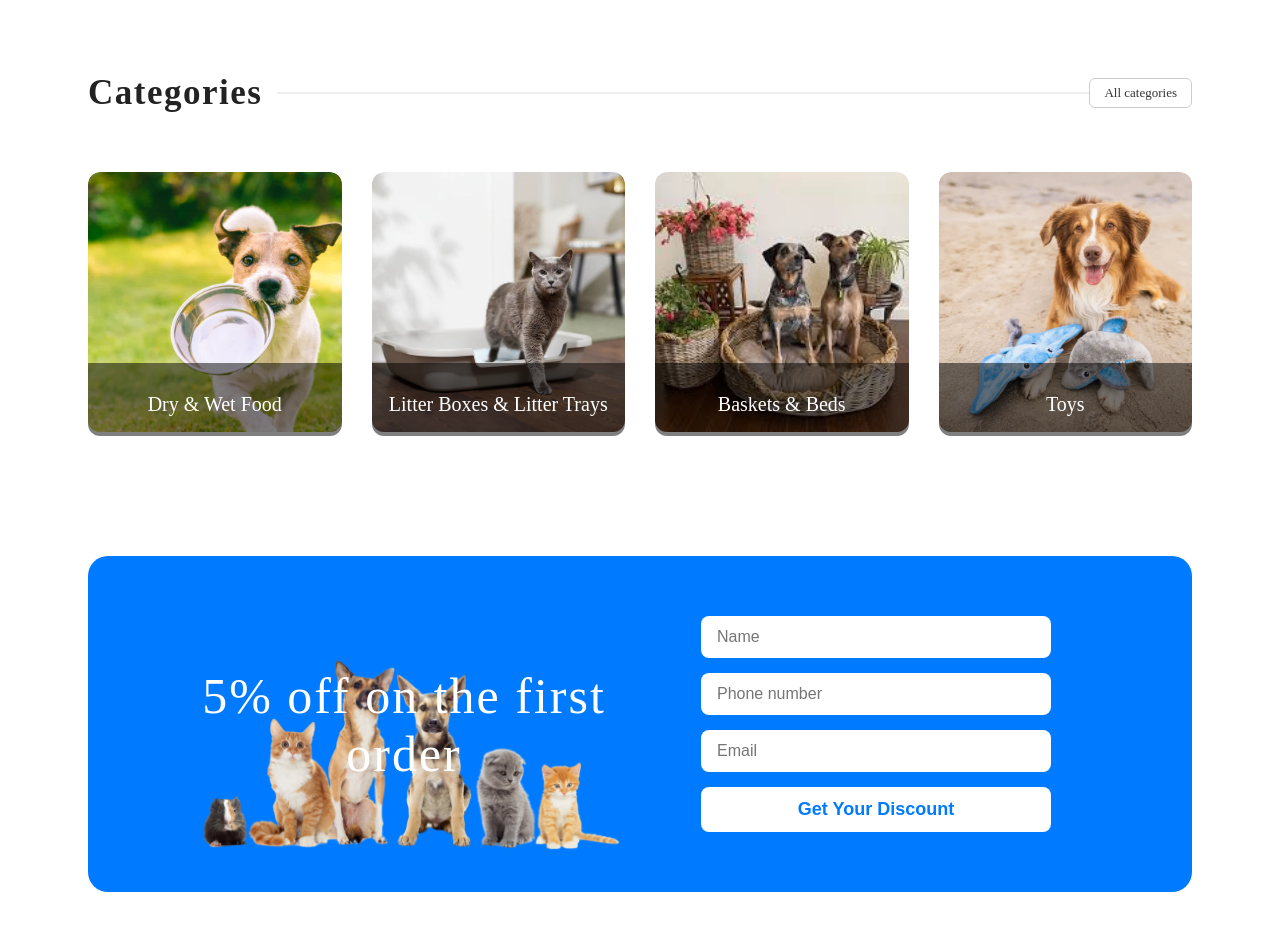
Repository: JuliiaJuliia/pet-shop-frontend
Page: / (app in pet-shop-frontend/)
These files come from the project's save history. The page is drawn as it stood at one moment and after a run of saves; the edit follows.
The browser window is 1280 px wide. The pictures show the part of the page from y = 611 to 1563 px (the page is 1563 px tall).
The project was rebuilt for these pictures with package versions that can differ from the ones it lists, and the page was loaded fresh each time. Also part of the build but not shown: pet-shop-frontend/vite.config.js, pet-shop-frontend/src/pages/CheckoutPage.jsx, pet-shop-frontend/src/api/axios.js, pet-shop-frontend/src/components/ProductList.jsx.

Above is the page before, as saved 2025-11-06 14:46:00.

### pet-shop-frontend/index.html
<!doctype html>
<html lang="en">
  <head>
    <meta charset="UTF-8" />
    <link rel="icon" type="image/svg+xml" href="/vite.svg" />
    <meta name="viewport" content="width=device-width, initial-scale=1.0" />
    <title>pet-shop-frontend</title>
  </head>
  <body>
    <div id="root"></div>
    <script type="module" src="/src/main.jsx"></script>
  </body>
</html>

### pet-shop-frontend/src/main.jsx
import HomePage from "./pages/HomePage";
import CheckoutPage from "./pages/CheckoutPage";
import React from "react";
import ReactDOM from "react-dom/client";
import { BrowserRouter, Routes, Route } from "react-router-dom";
import Header from "./components/Header/Header.jsx";
import ProductList from "./components/ProductList";

function Categories() {
  return <h2 style={{ textAlign: "center" }}>Categories Page</h2>;
}

function Sales() {
  return <h2 style={{ textAlign: "center" }}>Sales Page</h2>;
}

function Cart() {
  return <h2 style={{ textAlign: "center" }}>Your Cart is empty</h2>;
}

ReactDOM.createRoot(document.getElementById("root")).render(
  <BrowserRouter>
    <Header />
    <Routes>
      <Route path="/" element={<HomePage />} />
      <Route path="/categories" element={<Categories />} />
      <Route path="/products" element={<ProductList />} />
      <Route path="/sales" element={<Sales />} />
      <Route path="/cart" element={<Cart />} />
    </Routes>
  </BrowserRouter>
);

### pet-shop-frontend/src/pages/HomePage.jsx
import React from "react";
import MainBanner from "../components/MainBanner";
import Categories from "../components/Categories";
import DiscountBanner from "../components/DiscountBanner"; // 👈 ось цей рядок

const HomePage = () => {
  return (
    <div>
      <MainBanner />
      <Categories />
      <DiscountBanner />   {/* 👈 він має бути тут */}
    </div>
  );
};

export default HomePage;

### pet-shop-frontend/src/components/Header/Header.jsx
import React from "react";
import { Link } from "react-router-dom";
import "./Header.css";

const Header = () => {
  return (
    <header className="header">
      <div className="header__logo">
        <Link to="/">PetShop 🐾</Link>
      </div>
      <nav className="header__nav">
        <Link to="/">Main Page</Link>
        <Link to="/categories">Categories</Link>
        <Link to="/products">All products</Link>
        <Link to="/sales">All sales</Link>
      </nav>
      <div className="header__cart">
        <Link to="/cart">
        <img src="/icon.svg" alt="Cart" className="header__cart-icon" />
        </Link>
</div>
    </header>
  );
};

export default Header;

### pet-shop-frontend/src/components/MainBanner.jsx
import React from "react";
import { Link } from "react-router-dom";
import "./MainBanner.css";

const MainBanner = () => {
  return (
    <section className="main-banner">
      <div className="main-banner__overlay">
        <div className="main-banner__content">
        <h1>Amazing Discounts <br /> on Pets Products!</h1>
        <Link to="/checkout" className="banner-btn">Check out</Link>
        </div>
      </div>
    </section>
  );
};

export default MainBanner;

### pet-shop-frontend/src/components/Categories.jsx
import React from "react";
import { Link } from "react-router-dom";
import "./Categories.css";

const categories = [
  { id: 1, name: "Dry & Wet Food", image: "/Dog.jpg" },
  { id: 2, name: "Litter Boxes & Litter Trays", image: "/Cat.jpg" },
  { id: 3, name: "Baskets & Beds", image: "/Dogs.jpg" },
  { id: 4, name: "Toys", image: "/Dog and Fish.jpg" },
];

const Categories = () => {
  return (
    <section className="categories">
      <div className="categories__header">
        <h2>Categories</h2>
        <div className="categories__line"></div>

        <Link to="/products" className="all-categories-btn">
          All categories
        </Link>
      </div>

      <div className="categories__grid">
        {categories.map((category) => (
          <div key={category.id} className="category-card">
            <img src={category.image} alt={category.name} />
            <div className="category-card__overlay">
              <p>{category.name}</p>
            </div>
          </div>
        ))}
      </div>
    </section>
  );
};

export default Categories;

### pet-shop-frontend/src/components/DiscountBanner.jsx
import React from "react";
import "./DiscountBanner.css";

const DiscountBanner = () => {
  return (
    <section className="discount-banner">
      <div className="discount-banner__content">
        <div className="discount-banner__left">
          <h2>5% off on the first order</h2>
          <img src="/Pets.jpg" alt="pets" className="discount-banner__image" />
        </div>

        <div className="discount-banner__form">
          <form>
            <input type="text" placeholder="Name" required />
            <input type="phone" placeholder="Phone number" required />
            <input type="email" placeholder="Email" required />
            <button type="submit">Get Your Discount</button>
          </form>
        </div>
      </div>
    </section>
  );
};

export default DiscountBanner;

### pet-shop-frontend/src/components/Header/Header.css
.header {
    display: flex;
    align-items: center;
    justify-content: space-between;
    padding: 20px 60px;
    background-color: #fff;
    box-shadow: 0 2px 5px rgba(0, 0, 0, 0.05);
    position: sticky;
    top: 0;
    z-index: 10;
  }

  .header__logo a {
    font-size: 40px;
    font-weight: 400;
    color: #3d3c3c;
    text-decoration: none;
    display: flex;
    align-items: center;
    gap: 10px;
  }

  .header__nav {
    display: flex;
    gap: 30px;
  }

  .header__nav a {
    font-size: 20px;
    text-decoration: none;
    color: #38383a;
    font-weight: 550;
    transition: 0.3s;
    cursor: url("data:[embedded picture, 129 characters]"), auto;
  }

  .header__nav a:hover {
    color: #24973bf3;
  }

  .cart-icon {
    font-size: 20px;
    text-decoration: none;
  }

  .header__cart-icon {
    width: 30px;
    height: 30px;
    object-fit: contain;
    transition: transform 0.3s ease;
    cursor: url("data:[embedded picture, 129 characters]"), auto;
  }

  .header__cart-icon:hover {
    transform: rotate(10deg) scale(1.15);
  }

### pet-shop-frontend/src/components/MainBanner.css
.main-banner {
  position: relative;
  width: 100%;
  height: 500px;
  background: url("/banner-dog.jpg") center/cover no-repeat;
  display: flex;
  align-items: center;
  justify-content: center;
  border-radius: 10px;
  overflow: hidden;
  margin-bottom: 60px;
}

/* Полупрозрачный шар поверх картинки */
.main-banner__overlay {
  background: rgba(0, 0, 0, 0.35);
  width: 100%;
  height: 100%;
  display: flex;
  align-items: center;
  justify-content: center;
}

/* Текст и кнопка */
.main-banner__content {
  text-align: left;
  color: #fff;
  max-width: 800px;
  padding: 0 40px;
  line-height: 1.1;
  white-space: normal;
  word-break: break-word;
}

.main-banner__content h1 {
  font-size: 54px;
  font-weight: 700;
  line-height: 1.2;
  margin-bottom: 40px;
}


.main-banner__button {
  background-color: #53b955df;
  color: rgb(255, 255, 255);
  border: none;
  border-radius: 6px;
  font-size: 18px;
  padding: 14px 30px;
  cursor: pointer;
  transition: all 0.3s ease;
  cursor: url("data:[embedded picture, 129 characters]"), auto;
}

.main-banner__button:hover {
  background-color: #24973b91;
  ;
  transform: scale(1.05);
}

.banner-btn {
  display: inline-block;
  background-color: #53b955df;
  color: white;
  border: none;
  border-radius: 6px;
  font-size: 18px;
  padding: 14px 30px;
  text-decoration: none;
  text-align: center;
  cursor: pointer;
  transition: all 0.3s ease;
}

.banner-btn:hover {
  background-color: #24973b91;
  transform: scale(1.05);
}

### pet-shop-frontend/src/components/Categories.css
.categories {
    padding: 0px 80px 60px;
    background-color: #fff;
  }

  .categories__title {
    font-size: 36px;
    font-weight: 600;
    margin-bottom: 30px;
    color: #222;
  }

  .categories__grid {
    display: grid;
    grid-template-columns: repeat(auto-fit, minmax(220px, 1fr));
    gap: 30px;
    justify-items: center;
  }

  .category-card {
    position: relative;
    width: 100%;
    max-width: 260px;
    border-radius: 12px;
    overflow: hidden;
    cursor: url("data:[embedded picture, 129 characters]"), auto;
    transition: transform 0.3s ease;
  }

  .category-card img {
    width: 100%;
    height: 260px;
    object-fit: cover;
    border-radius: 12px;
  }

  .category-card__overlay {
    position: absolute;
    display: flex;
    justify-content: center;
    align-items: center;
    text-align: center;
    bottom: 0;
    left: 0;
    right: 0;
    background: rgba(0, 0, 0, 0.5);
    color: #fff;
    font-size: 20px;
    font-weight: 500;
    padding-top: 10px;
    transition: background 0.3s ease;
  }

  .category-card:hover {
    transform: scale(1.05);
  }

  .category-card:hover .category-card__overlay {
    background: rgba(0, 0, 0, 0.7);
  }

  .categories__header {
    display: flex;
    align-items: center;
    justify-content: space-between;
    position: relative;
    margin-bottom: 30px;
  }

  .categories__header h2 {
    font-size: 35px;
    font-weight: 700;
    color: #222;
    letter-spacing: 1.5px;
    background-color: #fff;
    padding-right: 15px;
    z-index: 1;
  }

  .categories__line {
    position: absolute;
    left: 0;
    right: 0;
    height: 1px;
    background-color: #ddd;
    top: 50%;
    transform: translateY(-50%);
    z-index: 0;
  }

  .all-categories-btn {
    display: inline-flex;
    align-items: center;
    justify-content: center;
    background-color: #fff;
    border: 1px solid #ccc;
    border-radius: 6px;
    padding: 6px 14px;
    font-size: 13px;
    font-weight: 500;
    color: #333;
    text-decoration: none;
    outline: none;
    cursor: pointer;
    z-index: 1;
    transition: all 0.3s ease;
  }

  .all-categories-btn:hover {
    background-color: #53b955cd;
    color: #fff;
    border-color: #24973b91;
    transform: scale(1.05);
    cursor: url("/paw-cursor.png"), auto;
    cursor: url("data:[embedded picture, 129 characters]"), auto;
  }

### pet-shop-frontend/src/components/DiscountBanner.css
.discount-banner {
    background-color: #007bff;
    color: #fff;
    border-radius: 20px;
    margin: 60px 80px;
    padding: 60px 80px;
    position: relative;
    overflow: hidden;
    display: flex;
    justify-content: center;
    align-items: center;
  }

  /* 🔹 Контейнер із текстом + формою */
  .discount-banner__content {
    display: flex;
    justify-content: space-between;
    align-items: center;
    width: 100%;
  }

  /* 🔹 Ліва частина (заголовок + фото) */
  .discount-banner__left {
    flex: 1;
    position: relative;
    display: flex;
    flex-direction: column;
    align-items: center;
    justify-content: center;
  }

  /* 🔹 Заголовок тепер зверху по центру */
  .discount-banner__left h2 {
    font-size: 50px;
    font-weight: 500;
    letter-spacing: 2px;
    text-align: center;
    margin-bottom: 40px;
    position: relative;
    z-index: 2;
  }

  /* 🔹 Фото тварин — знизу */
  .discount-banner__image {
    width: 100%;
    max-width: 500px;
    object-fit: contain;
    position: absolute;
    left: 50%;
    transform: translateX(-50%);
  }

  /* 🔹 Форма — справа, посередині вертикально */
  .discount-banner__form {
    flex: 1;
    display: flex;
    justify-content: center;
    align-items: center; /* центр вертикалі */
    z-index: 3;
  }

  .discount-banner__form form {
    background: transparent;
    display: flex;
    flex-direction: column;
    gap: 15px;
    width: 100%;
    max-width: 350px;
  }

  .discount-banner__form input {
    padding: 12px 16px;
    border-radius: 8px;
    border: none;
    font-size: 16px;
    outline: none;
  }

  .discount-banner__form button {
    background-color: #fff;
    color: #007bff;
    border: none;
    border-radius: 8px;
    padding: 12px 20px;
    font-size: 18px;
    font-weight: 600;
    cursor: pointer;
    transition: 0.3s;
  }

  .discount-banner__form button:hover {
    background-color: #f0f0f0;
    transform: scale(1.05);
    cursor: url("data:[embedded picture, 129 characters]"), auto;
  }

After the next 2 saves:
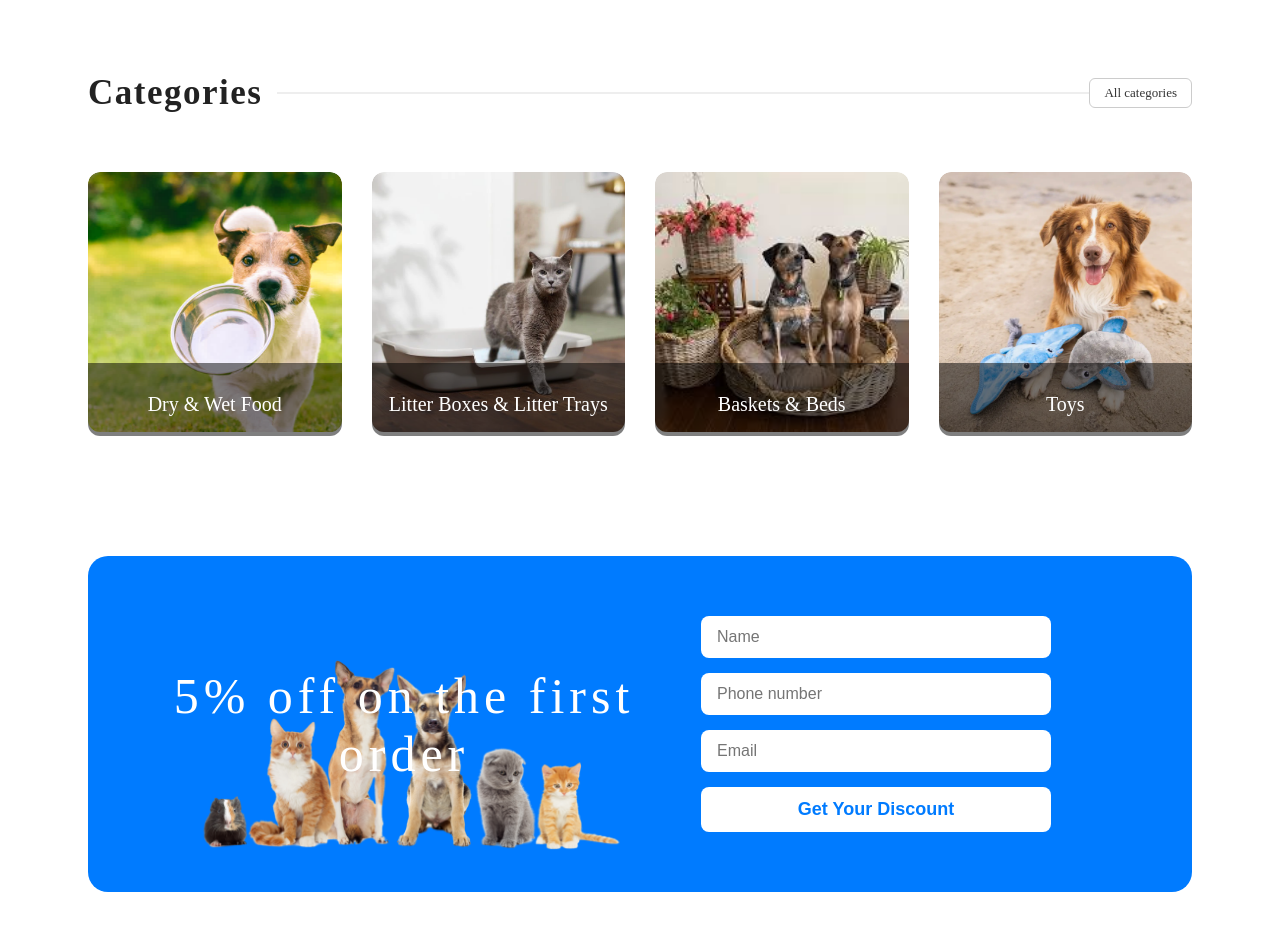
The 2 saves are shown as one change because they came seconds apart.
The last was saved 32 s later.
--- a/pet-shop-frontend/src/components/DiscountBanner.css
+++ b/pet-shop-frontend/src/components/DiscountBanner.css
@@ -33,7 +33,7 @@
   .discount-banner__left h2 {
     font-size: 50px;
     font-weight: 500;
-    letter-spacing: 2px;
+    letter-spacing: 5px;
     text-align: center;
     margin-bottom: 40px;
     position: relative;

After the 2 saves that followed:
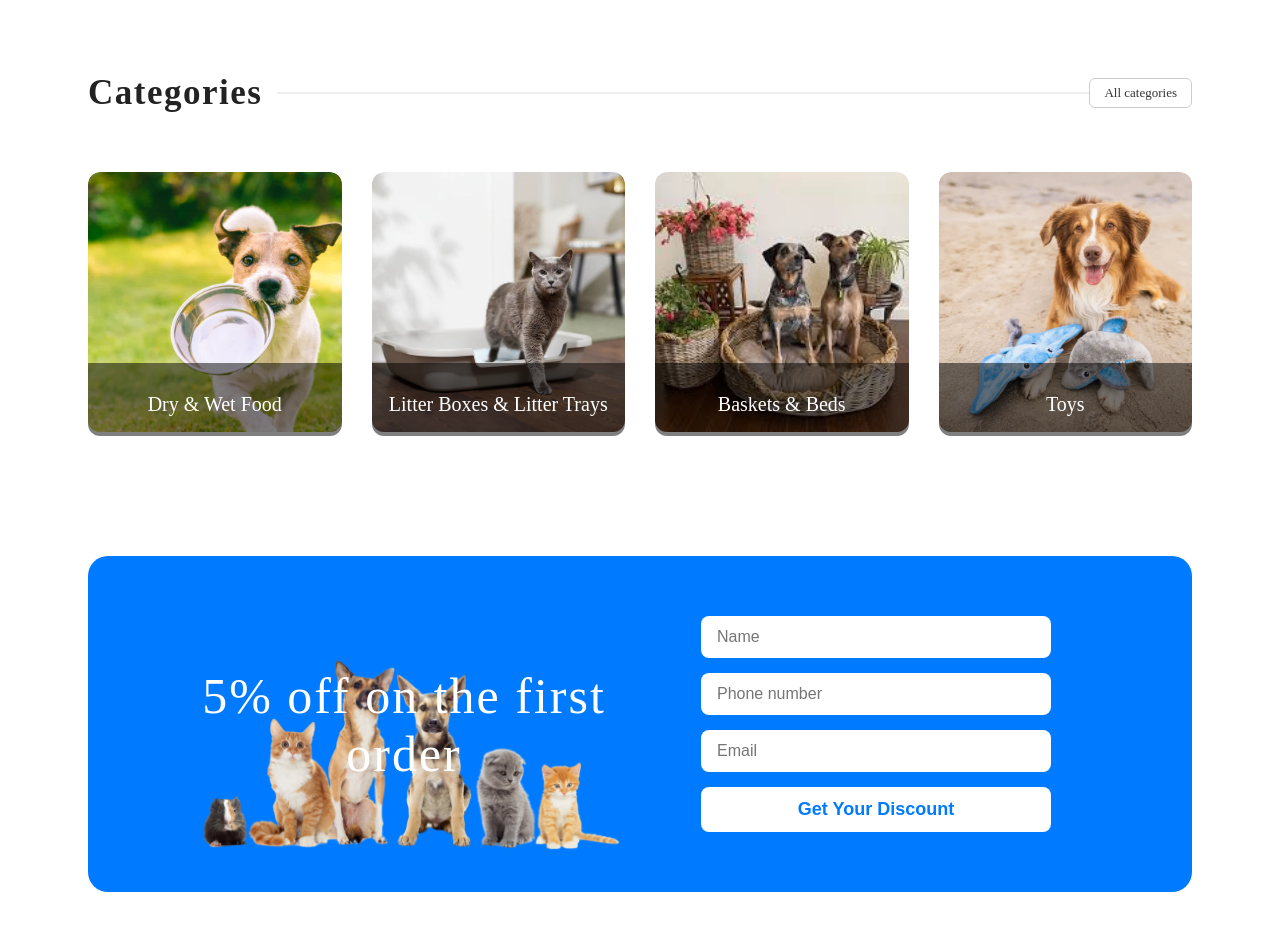
The 2 saves are shown as one change because they came seconds apart.
The last was saved 6 s later.
--- a/pet-shop-frontend/src/components/DiscountBanner.css
+++ b/pet-shop-frontend/src/components/DiscountBanner.css
@@ -33,7 +33,7 @@
   .discount-banner__left h2 {
     font-size: 50px;
     font-weight: 500;
-    letter-spacing: 5px;
+    letter-spacing: 2px;
     text-align: center;
     margin-bottom: 40px;
     position: relative;
